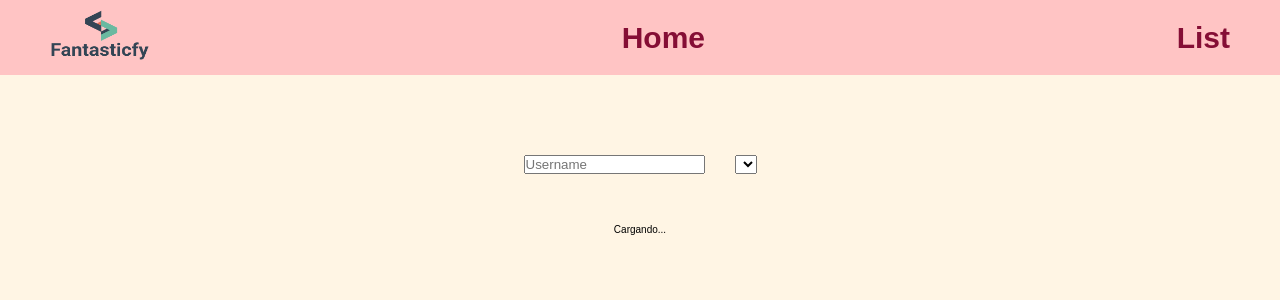
Repository: ChristianGecchelin/fullstack-react-node-fantasticfy
Page: /user-list (app in front/)
The author's editor kept a copy of each file at every save. The page is drawn from the files as they stood at one save, then again after the next save.
The browser window is 1280 px wide. The pictures show the whole page.
The page's requests for data from a server got no answer. The project was rebuilt for these pictures with package versions that can differ from the ones it lists, and the page was loaded fresh each time. No one was signed in, and anything a server would have sent is missing. Also part of the build but not shown: front/src/Components/UserCard/index.css, front/src/Components/UserCard/index.jsx, front/src/Pages/UserProfile.jsx, front/src/App.css.

Above is the page before, as saved 2022-09-05 18:05:58.

### front/src/index.css
:root{
  --main-color:#FFF5E4;
  --secondary-color:#FFC4C4;
  --third-color:#EE6983;
  --fourth-color:#850E35;
}
* {
  margin: 0;
  padding: 0;
  box-sizing: border-box;
}
html {
  font-size: 62.5%;
  font-family: sans-serif;
}
html,body{
  background-color:var(--main-color)
}
ul{
  list-style: none;
}
a{
  text-decoration: none;
}

### front/src/App.js
import { Routes, Route, Link } from "react-router-dom";
import { UserList } from "./Pages/UserList";
import { UserProfile } from "./Pages/UserProfile";
import { Nav } from "./Components/nav/Nav";
import "./App.css";

function App() {
  return (
    <div className="App">
      <Nav />
      <Routes>
        <Route path="/user-list" element={<UserList />} />
        <Route path="/user-profile/:id" element={<UserProfile />} />
      </Routes>
    </div>
  );
}

export default App;

### front/src/Pages/UserList.jsx
import { useEffect, useState } from "react";
import axios from "axios";
import { UserCard } from "../Components/UserCard";
import "./index.css";
export const UserList = () => {
  const [list, setList] = useState([]);
  const [inmutableList, setInmutableList] = useState([]);
  const [genderArray, setGenderArray] = useState([]);
  const [selectValue, setSelectValue] = useState("");
  const [input, setInput] = useState("");

  const getGenderArray = () => {
    if (list) {
      const genders = inmutableList.map((user) => {
        return user.gender;
      });
      let result = genders.filter((item, index) => {
        return genders.indexOf(item) === index;
      });
      setGenderArray(result);
    }
  };
  const getUsers = async () => {
    const response = await axios.get("http://localhost:5005/users");
    setList(response.data);
    setInmutableList(response.data);
  };

  const filterUsersBySelect = () => {
    const filter = inmutableList.filter((user) => {
      return user.gender === selectValue;
    });
    setList(filter);
  };

  const filterByName = () => {
    let result = inmutableList.filter(
      (el) =>
        el.first_name.includes(input) ||
        el.last_name.includes(input) ||
        el.username.includes(input)
    );

    setList(result);
  };

  const handleChangeInput = (e) => {
    setInput(e.target.value);
  };

  const handleChangeSelect = (e) => {
    setSelectValue(e.target.value);
  };

  useEffect(() => {
    getUsers();
  }, []);

  useEffect(() => {
    getGenderArray();
  }, [list]);

  useEffect(() => {
    filterUsersBySelect();
  }, [selectValue]);
  useEffect(() => {
    filterByName();
  }, [input]);
  return (
    <section className="section-page">
      <div className="container--search-bar">
        <input
          type="text"
          value={input}
          onChange={handleChangeInput}
          placeholder="Username"
        />
        <select value={selectValue} onChange={handleChangeSelect}>
          {genderArray.map((gender) => {
            return (
              <option key={gender} value={gender}>
                {gender}
              </option>
            );
          })}
        </select>
      </div>
      <div className="card-list">
        {list.length > 0 ? (
          list.map((user) => {
            return (
              <UserCard
                key={user.id}
                user={user}
                users={list}
                setInmutableList={setInmutableList}
                setList={setList}
              />
            );
          })
        ) : (
          <p>Cargando...</p>
        )}
      </div>
    </section>
  );
};

### front/src/Components/nav/Nav.jsx
import React from "react";
import { Link } from "react-router-dom";
import logo from "../../Assets/logo-fantasticfy.webp";
import "./index.css";
export const Nav = () => {
  return (
    <nav>
      <ul>
        <li>
          <Link to="/">
            <img src={logo} alt="fantasticfy" />
          </Link>
        </li>
        <li>
          <Link to="/">
            <h2>Home</h2>
          </Link>
        </li>
        <li>
          <Link to="/user-list">
            <h2>List</h2>
          </Link>
        </li>
      </ul>
    </nav>
  );
};

### front/src/Pages/index.css
.section-page{
    display: flex;
    flex-direction: column;
    flex-wrap: wrap;
    justify-content: center;
    align-items: center;
    padding: 30px;
    gap: 50px;
}
.container--search-bar{
    display: flex;
    flex-direction: row;
    gap: 30px;
    width: 100%;
    justify-content: center;
    margin-top: 50px;
}

.card-list{
    display: flex;
    flex-direction: row;
    flex-wrap: wrap;
    justify-content: center;
    align-items: center;
    gap: 60px;
}
.container-user{
    display: flex;
    flex-direction: row;
    justify-content: center;
    align-items:center;
    flex-wrap: wrap;
    gap: 50px;
    padding: 50px 10px;
}
.container-user .img-user{
    height: 250px;
}
.section-relatedUsers{
    display: flex;
    flex-direction: column;
    justify-content: center;
    align-items:center;
    width:100%;
    gap: 60px;
}
.container-relatedUsers{
    display: flex;
    flex-direction: row;
    flex-wrap: wrap;
    justify-content: center;
    align-items:center;
    gap: 60px;
}
.container-info{
    display: flex;
    flex-direction: column;
    justify-content: flex-end;
    align-items:flex-start;
    font-size: 2rem;
    text-align: left;
    gap: 5px;
}

### front/src/Components/nav/index.css
nav{
    height: auto;
    background-color: var(--secondary-color);
}
nav ul{
    display: flex;
    flex-direction: row;
    justify-content: space-between;
    align-items: center;
    padding: 10px 50px;
}
nav a{
    font-size: 2rem;
    line-height: 2.3rem;
    color: var(--fourth-color);
}
nav img{
    width: 100px;
    height: 50px;
}
nav a:visited{
    color: var(--fourth-color);
}

Loaded but not shown: front/public/index.html (common file); front/src/index.js (common file)

After the next save:
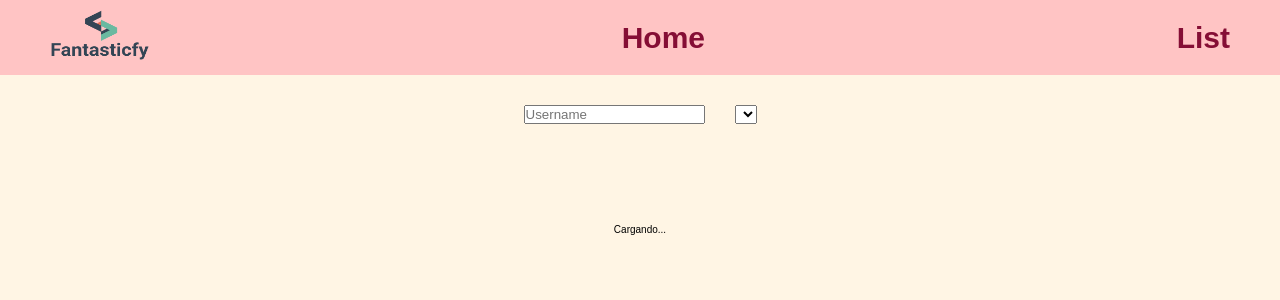
Saved 5 s later.
--- a/front/src/Pages/index.css
+++ b/front/src/Pages/index.css
@@ -13,7 +13,7 @@
     gap: 30px;
     width: 100%;
     justify-content: center;
-    margin-top: 50px;
+    margin-bottom: 50px;
 }
 
 .card-list{
